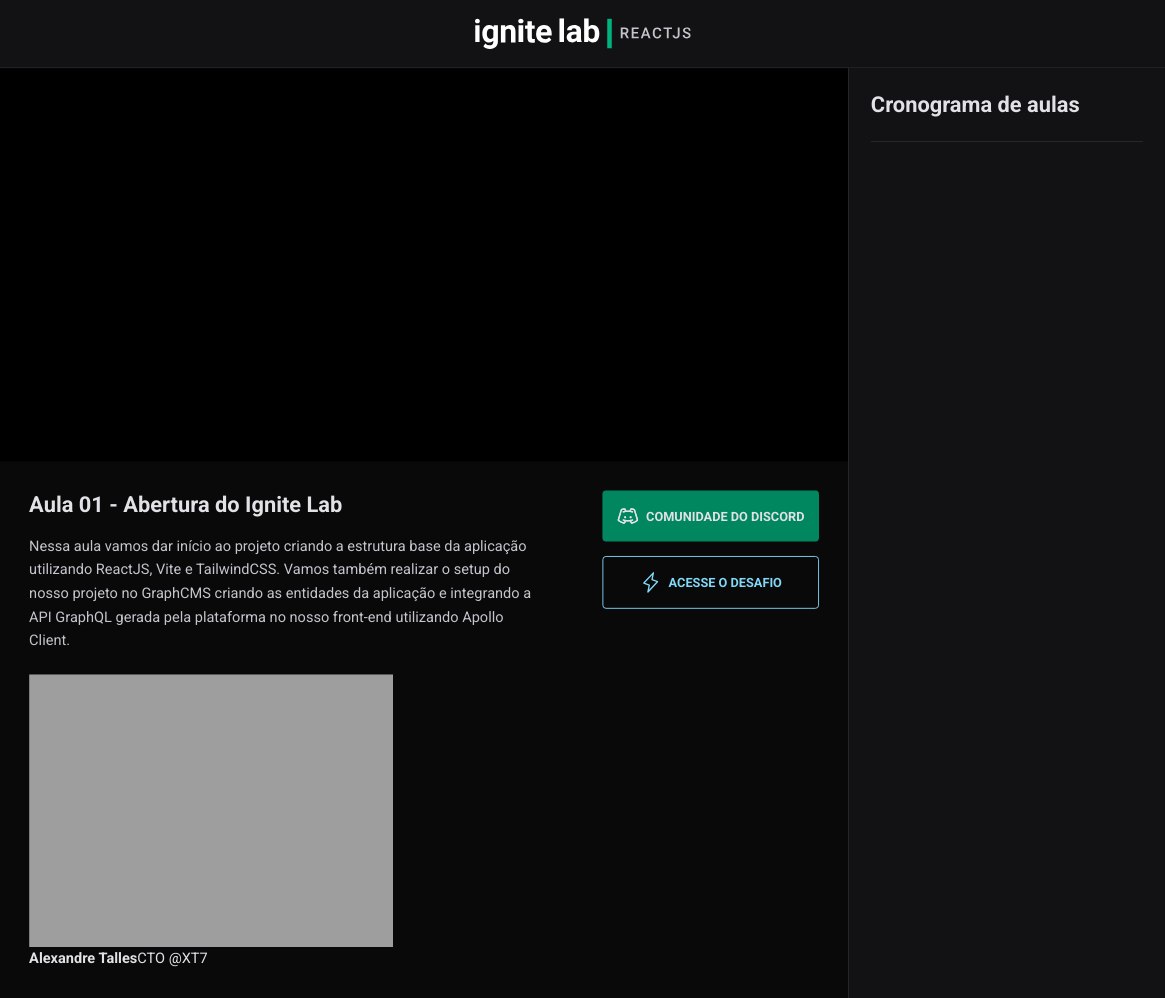
Repository: XFERRER7/Ignite-lab
Page: /
An editor plug-in stored every save of this project. The page is shown before and after the next save, followed by the edit.
The browser window is 1280 px wide. The pictures show the whole page, at 91% of full size.
Pictures or frames that could not be fetched are drawn as grey boxes. The page's requests for data from a server got no answer. The project was rebuilt for these pictures with package versions that can differ from the ones it lists, and the page was loaded fresh each time. No one was signed in, and anything a server would have sent is missing. Also part of the build but not shown: vite.config.ts, src/components/Lesson.tsx.

Above is the page before, as saved 2022-06-26 02:02:37.

### index.html
<!DOCTYPE html>
<html>
  <head>
    <meta charset="UTF-8" />
    <link rel="icon" type="image/svg+xml" href="/src/favicon.svg" />
    <meta name="viewport" content="width=device-width, initial-scale=1.0" />
    <title>Event Platform</title>
    <link rel="preconnect" href="https://fonts.googleapis.com">
<link rel="preconnect" href="https://fonts.gstatic.com" crossorigin>
<link href="https://fonts.googleapis.com/css2?family=Roboto:wght@400;500;700&display=swap" rel="stylesheet">
  </head>
  <body>
    <div id="root"></div>
    <script type="module" src="/src/main.tsx"></script>
  </body>
</html>

### src/main.tsx
import { ApolloProvider } from '@apollo/client'
import React from 'react'
import ReactDOM from 'react-dom/client'
import App from './App'
import { client } from './lib/apollo'
import './styles/Global.css'

ReactDOM.createRoot(document.getElementById('root')!).render(
  <React.StrictMode>
    <ApolloProvider client={client}>
    <App />
    </ApolloProvider>
  </React.StrictMode>
)

### src/App.tsx
import { Header } from "./components/Header"
import { Lesson } from "./components/Lesson"
import { SideBar } from "./components/SideBar"
import { Video } from "./components/Video"
import { Event } from "./pages/Event"

function App() {

  return (
    <div>
      <Event/>
    </div>
  )
}

export default App

### src/lib/apollo.ts
import { ApolloClient, InMemoryCache } from "@apollo/client";

export const client = new ApolloClient({
  uri: 'https://api-sa-east-1.graphcms.com/v2/cl4oe0npq21lo01xi4o5e7kb5/master',
  cache: new InMemoryCache()
})

### src/styles/Global.css
@tailwind base;
@tailwind components;
@tailwind utilities;

body {
  @apply text-gray-100 bg-gray-900;
  -webkit-font-smoothing: antialiased;
}

### src/pages/Event.tsx
import React from 'react'
import { Header } from '../components/Header'
import { SideBar } from '../components/SideBar'
import { Video } from '../components/Video'

export const Event = () => {
  return (
    <>
    <div className='flex flex-col min-h-screen'>
      <Header/>
      <main className='flex flex-1'>
      <Video/>
      <SideBar/>
      </main>
    </div>

    </>
  )
}

### src/components/Header.tsx
import React from 'react'
import { Logo } from './Logo'

export const Header = () => {
  return (
    <header className='w-full py-5 flex items-center justify-center bg-gray-700 border-b border-gray-600'>
      <Logo/>
    </header>
  )
}

### src/components/SideBar.tsx
import { gql, useQuery } from '@apollo/client'
import React from 'react'
import { Lesson } from './Lesson'


const GET_LESSONS_QUERY = gql`
  query {
    lessons(orderBy: availableAt_ASC, stage: PUBLISHED) {
      id
      slug
      title
      availableAt
      lessonType
    }
}

`

interface GetLessonsQueryResponse {
  lessons: {
    id: string
    slug:string
    title:string
    availableAt:string
    lessonType: 'live' | 'class'
  }[]
}


export const SideBar = () => {

  const {data} = useQuery<GetLessonsQueryResponse>(GET_LESSONS_QUERY)

  return (
    <aside className='w-[348px] bg-gray-700 p-6 border-l border-gray-600'>
      <span className='font-bold text-2xl pb-6 mb-6 border-b border-gray-600 block'>Cronograma de aulas</span>

      <div className='flex flex-col gap-8'>
        {
          data?.lessons.map(lesson => {
            return (
              <Lesson
              title={lesson.title}
              slug={lesson.slug}
              avaliableAt={new Date(lesson.availableAt)}
              type={lesson.lessonType}/>
            )
          })
        }

      </div>
    </aside>
  )
}

### src/components/Video.tsx
import { DiscordLogo, Lightning } from 'phosphor-react'
import React from 'react'

export const Video = () => {
  return (
    <div className="flex-1">
      <div className="bg-black flex justify-center">
        <div className='h-full w-full max-w-[1100px] max-h-[60vh] aspect-video'></div>
      </div>

      <div className='p-8 max-w-[1100px] mx-auto'>

        <div className='flex items-start gap-16'>
          <div className='flex-1'>
            <h1 className='text-2xl font-bold'>Aula 01 - Abertura do Ignite Lab</h1>
            <p className='mt-4 text-gray-200 leading-relaxed'>
              Nessa aula vamos dar início ao projeto criando a estrutura base da aplicação
              utilizando ReactJS, Vite e TailwindCSS. Vamos também realizar o setup do nosso
              projeto no GraphCMS criando as entidades da aplicação e integrando a API GraphQL
              gerada pela plataforma no nosso front-end utilizando Apollo Client.
            </p>
            <div className='flex items-center gap-4 mt-6'>
              <img
              src="https://avatars.githubusercontent.com/u/83144784?v=4"
              alt="perfil professor"
              className=''
              />
            </div>
            <div>
              <strong>Alexandre Talles</strong>
              <span>CTO @XT7</span>
            </div>
          </div>
          <div className='flex flex-col gap-4 '>
            <a href=""
            className='p-4 text-sm bg-green-500 flex items-center rounded font-bold uppercase
            gap-2 justify-center hover:bg-green-700 transition-colors'>
              <DiscordLogo size={24}/>
              Comunidade do discord
            </a>
            <a href="" className='p-4 text-sm border text-blue-500  border-blue-500 flex items-center rounded font-bold uppercase
            gap-2 justify-center hover:bg-blue-500 hover:text-gray-500 transition-colors'>
              <Lightning size={24}/>
              Acesse o desafio
            </a>
          </div>
        </div>

        <div>

        </div>

      </div>

    </div>
  )

}

### src/components/Logo.tsx
import React from "react";

export function Logo() {
  return (
    <svg
      xmlns="http://www.w3.org/2000/svg"
      width="237"
      height="34"
      fill="none"
      viewBox="0 0 237 34"
    >
      <path
        fill="#fff"
        d="M.002 3.112a2.49 2.49 0 01.165-.987c.12-.314.304-.595.535-.83A2.906 2.906 0 012.615.572c.698 0 1.374.257 1.912.723.23.24.412.524.536.837a2.701 2.701 0 010 1.979 2.568 2.568 0 01-.536.837 2.889 2.889 0 01-1.907.723 2.901 2.901 0 01-1.908-.723 2.458 2.458 0 01-.538-.84 2.645 2.645 0 01-.172-.996zm4.96 23.146H.273V7.862h4.689v18.397zM8.012 16.973c0-2.853.686-5.145 2.055-6.883a6.653 6.653 0 015.528-2.606 5.869 5.869 0 014.802 2.09l.2-1.751h4.538v17.95a7.891 7.891 0 01-1.12 4.246 7.243 7.243 0 01-3.147 2.752 11.155 11.155 0 01-4.742.94c-1.378 0-2.74-.279-4.008-.812a7.08 7.08 0 01-2.946-2.11l2.208-3.02a5.905 5.905 0 004.543 2.08 4.356 4.356 0 003.104-1.059 3.938 3.938 0 001.103-2.993v-.994a5.775 5.775 0 01-4.555 1.935 6.647 6.647 0 01-3.05-.652 6.615 6.615 0 01-2.408-1.967c-1.397-1.752-2.085-4.089-2.085-6.942v-.21h-.025l.005.006zm4.997.355a6.723 6.723 0 001.026 3.956 3.233 3.233 0 002.799 1.443c.651.045 1.3-.088 1.878-.39a3.52 3.52 0 001.396-1.305v-7.825a3.448 3.448 0 00-1.374-1.305 3.504 3.504 0 00-1.86-.39 3.28 3.28 0 00-1.61.365 3.22 3.22 0 00-1.219 1.103c-.688.975-1.036 2.418-1.036 4.348zM33.098 7.833l.158 2.196a6.527 6.527 0 012.371-1.927 6.38 6.38 0 012.971-.62c1.97 0 3.438.597 4.39 1.79.953 1.194 1.456 2.936 1.486 5.293v12.249h-4.962V14.683a3.367 3.367 0 00-.684-2.344 3.086 3.086 0 00-1.069-.598 3.008 3.008 0 00-1.211-.13 3.349 3.349 0 00-1.821.454c-.553.32-1.01.794-1.313 1.367v13.37H28.45V7.845l4.647-.012zM47.512 3.112a2.304 2.304 0 01.185-.988 2.42 2.42 0 01.59-.831A3.439 3.439 0 0150.404.57c.772 0 1.52.256 2.117.723.508.486.792 1.142.792 1.826 0 .683-.284 1.34-.792 1.826a3.417 3.417 0 01-2.11.723c-.77 0-1.517-.257-2.11-.723a2.47 2.47 0 01-.594-.839 2.342 2.342 0 01-.19-.994h-.005zm5.483 23.149h-5.18V7.86h5.18v18.4zM62.454 3.334v4.612h3.107v3.677h-3.107v9.382c-.05.53.091 1.063.395 1.495a1.824 1.824 0 001.473.45c.476.002.95-.035 1.421-.114v3.803a9.672 9.672 0 01-2.939.449c-3.398 0-5.128-1.775-5.19-5.32V11.644h-2.642V7.968h2.643V3.356h4.841v-.025l-.002.003zM76.487 27.08a9.277 9.277 0 01-6.759-2.55c-1.74-1.699-2.605-3.957-2.605-6.797v-.494a11.295 11.295 0 011.098-5.08 8.141 8.141 0 013.111-3.465 8.72 8.72 0 014.59-1.22c2.577 0 4.62.815 6.098 2.449 1.478 1.633 2.226 3.94 2.226 6.929v2.055h-12.01a4.665 4.665 0 001.473 2.971 4.487 4.487 0 003.111 1.111 5.426 5.426 0 004.548-2.115l2.476 2.781a7.506 7.506 0 01-3.07 2.507 9.81 9.81 0 01-4.287.916v.002zm-.594-15.514a3.127 3.127 0 00-2.428 1.012 5.405 5.405 0 00-1.188 2.912h7.006v-.405a3.749 3.749 0 00-.908-2.608 3.252 3.252 0 00-2.45-.908h-.03l-.002-.003zM97.771 26.259h-4.957V0h4.957V26.26zM112.209 26.259c-.227-.444-.392-.997-.496-1.659-1.196 1.333-2.751 2.002-4.666 2.002-1.811 0-3.314-.523-4.504-1.572-1.191-1.049-1.786-2.372-1.786-3.966 0-1.96.725-3.464 2.179-4.513 1.453-1.049 3.553-1.58 6.3-1.59h2.273v-1.06c0-.854-.22-1.54-.659-2.051-.44-.513-1.131-.77-2.078-.77-.832 0-1.486.2-1.957.6-.474.4-.708.945-.708 1.64h-4.941c0-1.07.331-2.062.992-2.973.662-.91 1.597-1.626 2.804-2.144 1.206-.518 2.564-.778 4.069-.778 2.28 0 4.089.573 5.429 1.718 1.34 1.145 2.009 2.756 2.009 4.83v8.017c.012 1.754.256 3.082.735 3.983v.29h-4.992l-.003-.004zm-4.086-3.435c.728 0 1.402-.163 2.016-.486.614-.326 1.071-.76 1.367-1.308v-3.181h-1.846c-2.472 0-3.79.854-3.948 2.564l-.017.291c0 .614.217 1.123.649 1.523.434.4 1.026.6 1.779.6v-.003zM136.58 17.183c0 2.963-.632 5.273-1.898 6.931-1.265 1.659-3.032 2.488-5.3 2.488-2.006 0-3.608-.77-4.805-2.308l-.222 1.967h-4.444V.001h4.94v9.418c1.14-1.332 2.638-2 4.496-2 2.256 0 4.025.828 5.308 2.487 1.283 1.658 1.923 3.992 1.923 7v.274l.002.003zm-4.94-.358c0-1.868-.296-3.233-.889-4.094-.592-.861-1.475-1.29-2.65-1.29-1.572 0-2.655.643-3.247 1.932v7.299c.604 1.298 1.697 1.95 3.282 1.95 1.584 0 2.643-.788 3.146-2.36.239-.752.358-1.897.358-3.437z"
      ></path>
      <path
        fill="#C4C4CC"
        d="M164.51 17.501h-2.283v4.53h-2.048v-11.78h4.143c1.36 0 2.408.306 3.149.915.74.61 1.108 1.493 1.108 2.648 0 .787-.19 1.449-.57 1.98-.38.532-.911.94-1.59 1.226l2.646 4.906v.106h-2.194l-2.364-4.531h.003zm-2.283-1.65h2.105c.691 0 1.229-.176 1.619-.524.39-.348.582-.824.582-1.429 0-.604-.18-1.12-.538-1.466-.358-.345-.893-.523-1.606-.533h-2.162V15.85zM179.066 16.773h-4.839v3.625h5.656v1.634h-7.704V10.25h7.648v1.65h-5.6v3.253h4.839v1.62zM189.803 19.29h-4.565l-.955 2.744h-2.127l4.452-11.783h1.836l4.459 11.783h-2.137l-.963-2.744zm-3.99-1.65h3.415l-1.707-4.89-1.708 4.89zM204.716 18.197c-.119 1.256-.583 2.238-1.392 2.941-.81.703-1.885 1.056-3.228 1.056-.938 0-1.764-.222-2.48-.668-.715-.445-1.266-1.079-1.656-1.898-.387-.82-.589-1.772-.607-2.858v-1.1c0-1.11.198-2.09.59-2.937.392-.846.96-1.5 1.695-1.96.736-.458 1.587-.688 2.554-.688 1.301 0 2.347.353 3.139 1.057.792.703 1.254 1.7 1.385 2.99h-2.039c-.096-.846-.343-1.458-.74-1.833-.397-.375-.977-.563-1.745-.563-.89 0-1.574.326-2.05.977-.479.652-.721 1.605-.733 2.863v1.044c0 1.273.227 2.245.683 2.917.457.668 1.123 1.004 2.004 1.004.805 0 1.409-.18 1.814-.543.405-.363.661-.962.77-1.804h2.038l-.002.003zM216.481 11.902h-3.674v10.132h-2.031V11.902h-3.642V10.25h9.347v1.65zM222.759 10.251h2.039v8.262c0 1.127-.353 2.023-1.057 2.687-.703.664-1.633.995-2.788.995-1.229 0-2.179-.311-2.848-.93-.669-.62-1.004-1.484-1.004-2.59h2.038c0 .627.156 1.096.467 1.412.31.316.76.474 1.347.474.55 0 .989-.183 1.315-.545.326-.366.489-.867.489-1.51V10.25h.002zM234.952 18.999c0-.518-.183-.918-.545-1.197-.363-.279-1.022-.563-1.972-.849-.95-.286-1.705-.604-2.265-.955-1.074-.674-1.612-1.555-1.612-2.638 0-.95.388-1.732 1.163-2.347.774-.614 1.779-.922 3.015-.922.819 0 1.55.15 2.194.454a3.597 3.597 0 011.513 1.29c.367.558.55 1.177.55 1.858h-2.038c0-.614-.193-1.095-.578-1.443-.385-.348-.938-.524-1.656-.524-.668 0-1.189.144-1.557.43-.37.286-.555.686-.555 1.197 0 .432.2.792.6 1.08.399.29 1.056.57 1.974.842.918.271 1.653.582 2.208.93.556.348.963.748 1.222 1.197.259.452.387.977.387 1.582 0 .982-.375 1.762-1.127 2.342-.753.58-1.775.87-3.063.87a5.755 5.755 0 01-2.352-.473c-.715-.316-1.27-.75-1.668-1.308-.397-.555-.594-1.204-.594-1.942h2.048c0 .669.222 1.187.664 1.555.441.367 1.075.55 1.902.55.713 0 1.246-.143 1.607-.432.357-.288.538-.671.538-1.145l-.003-.002z"
      ></path>
      <path fill="#00B37E" d="M150.271 33.146h-4.958V.57h4.958v32.576z"></path>
    </svg>
  );
}

### tailwind.config.js
/** @type {import('tailwindcss').Config} */
module.exports = {
  content: [
    './src/**/*.tsx'
  ],
  theme: {
    extend: {
      fontFamily: {
        sans: 'Roboto, sans-serif'
      },
      colors: {
        green: {
          300: '#00B37E',
          500: '#00875F',
          700: '#015F43',
        },
        blue: {
          500: '#81D8F7',
        },
        orange: {
          500: '#FBA94C',
        },
        red: {
          500: '#F75A68',
        },
        gray: {
          100: '#E1E1E6',
          200: '#C4C4CC',
          300: '#8D8D99',
          500: '#323238',
          600: '#29292E',
          700: '#121214',
          900: '#09090A'
        }
      }
    },
  },
  plugins: [],
}

After the next save:
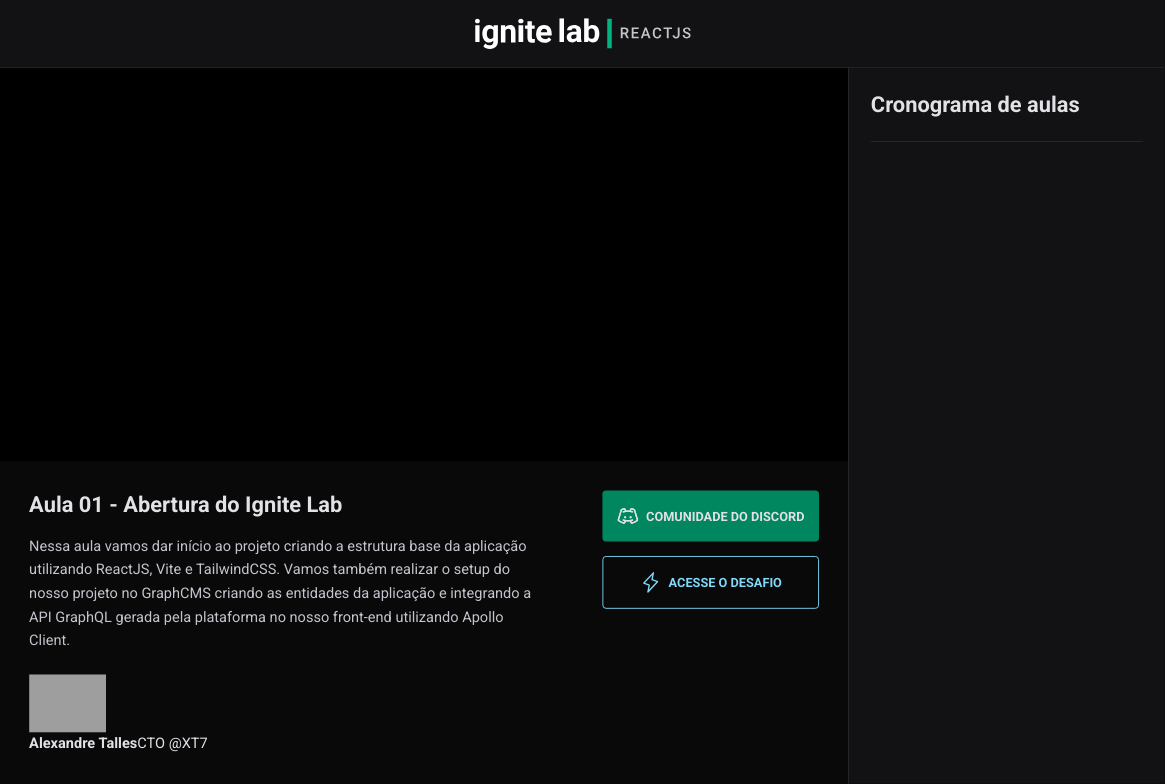
Saved 6 s later.
--- a/src/components/Video.tsx
+++ b/src/components/Video.tsx
@@ -23,7 +23,7 @@
               <img
               src="https://avatars.githubusercontent.com/u/83144784?v=4"
               alt="perfil professor"
-              className=''
+              className='h-16'
               />
             </div>
             <div>
